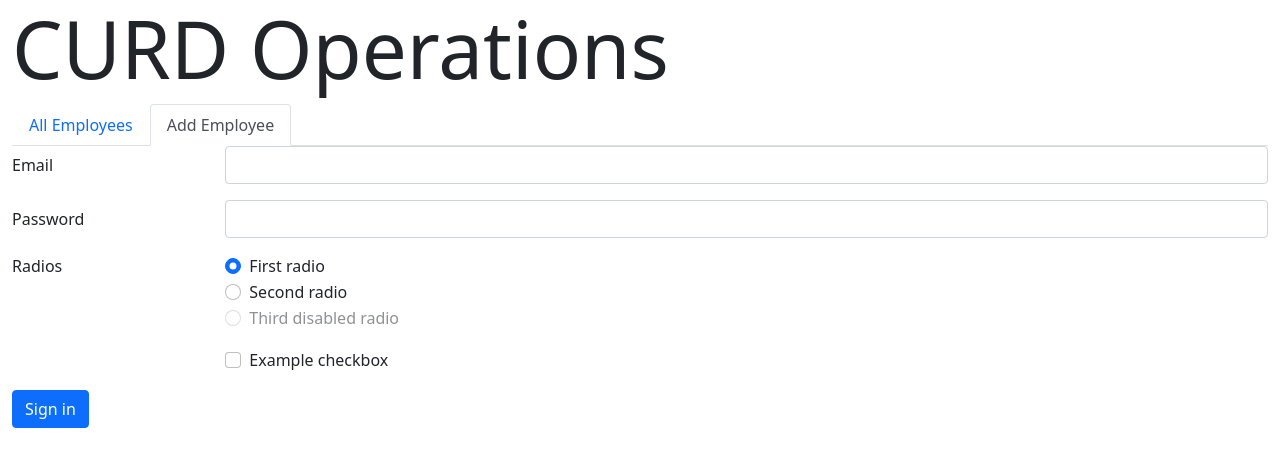
Repository: code8sam/SpringAndSpringBoot
Page: http://localhost/curdoperationsusingmvc/WEB-INF/views/insertEmployeeForm.jsp
The author's editor kept a copy of each file at every save. The page is drawn from the files as they stood at one save, then again after the next save.
The browser window is 1280 px wide. The pictures show the whole page.
The page is served by Tomcat 9. Nobody is signed in. The template is opened directly, without the code that normally fills it, so the values that code supplies are empty.

Above is the page before, as saved 2022-04-08 11:53:52.

After the next save:
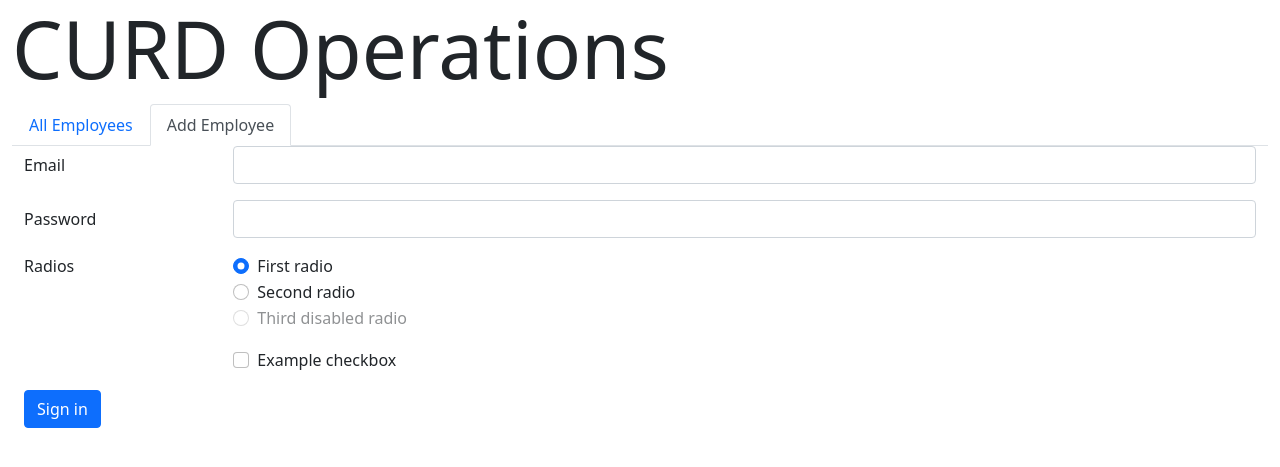
Saved 27 s later.
--- a/springs/HESE7/curdoperationsusingmvc/src/main/webapp/WEB-INF/views/insertEmployeeForm.jsp
+++ b/springs/HESE7/curdoperationsusingmvc/src/main/webapp/WEB-INF/views/insertEmployeeForm.jsp
@@ -26,7 +26,7 @@
 			<li class="nav-item"><a class="nav-link" aria-current="page" href="./display">All Employees</a></li>
 			<li class="nav-item"><a class="nav-link active" href="./insert">Add Employee</a></li>
 		</ul>
-
+	<div class="container-fluid">
 		<form>
 		  <div class="row mb-3">
 		    <label for="inputEmail3" class="col-sm-2 col-form-label">Email</label>
@@ -75,6 +75,7 @@
 		  </div>
 		  <button type="submit" class="btn btn-primary">Sign in</button>
 		</form>
+		</div>
 
 	</div>
 </body>
